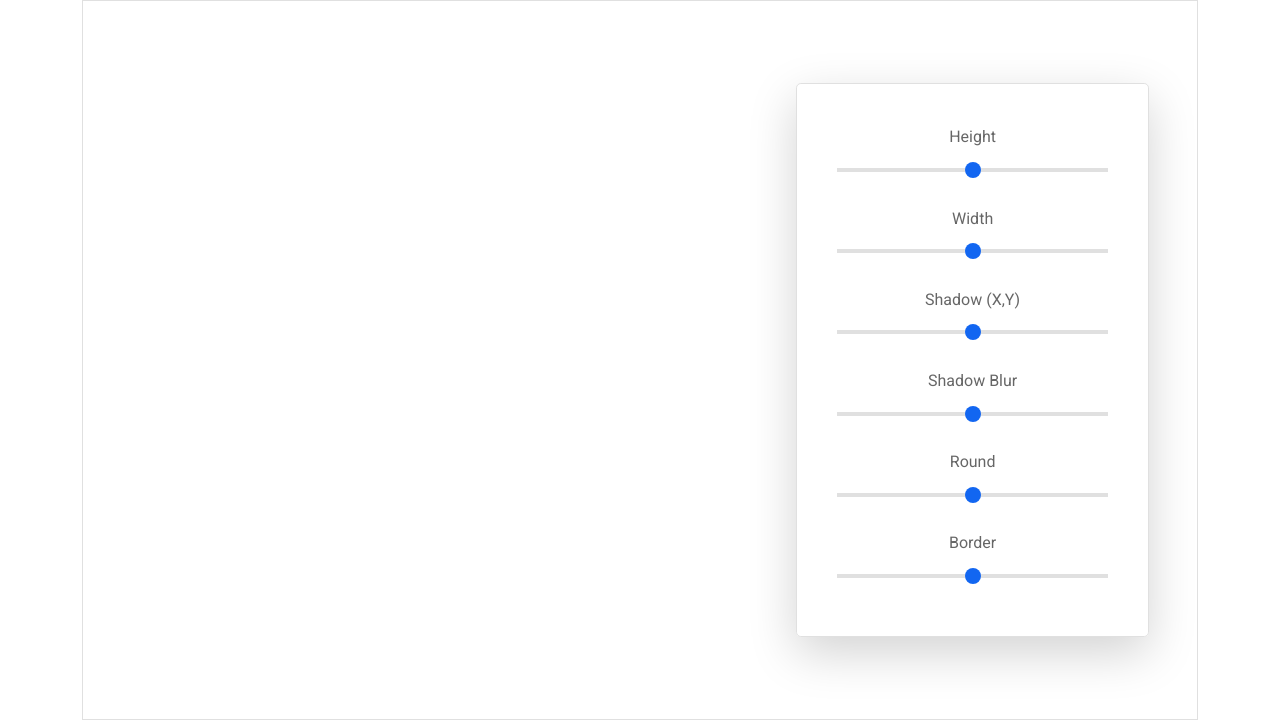
Repository: USaditya98/card-generator
Page: index.html
These files come from the project's save history. The page is drawn as it stood at one moment and after a run of saves; the edit follows.
The browser window is 1280 px wide. The pictures show the whole page.

Above is the page before, as saved 2021-10-20 12:32:26.

After the next 2 saves:
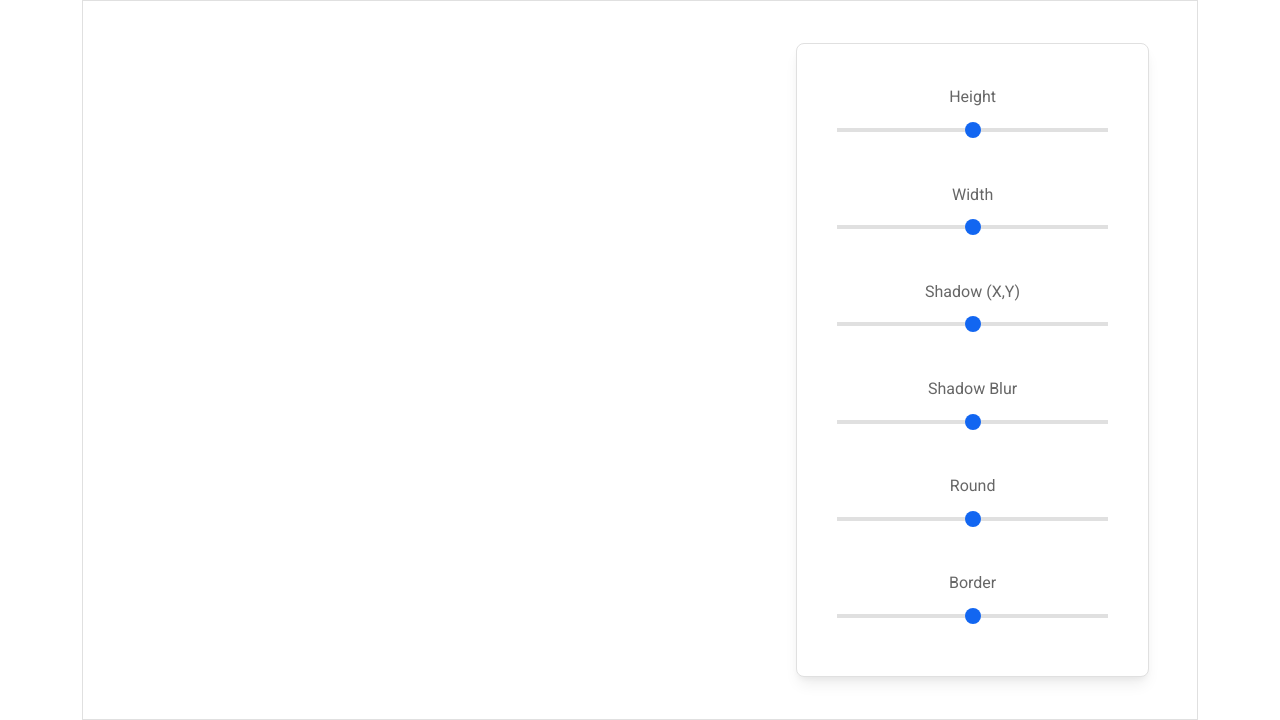
The 2 saves are shown as one change because they came seconds apart.
The last was saved 78 s later.
--- a/index.html
+++ b/index.html
@@ -25,7 +25,7 @@
                 <div class="text-center  " id="create">
                 </div>
             </div>
-            <div class="border w-50 shadow-lg rounded-3 p-4 mx-5">
+            <div class="border w-50   p-4 mx-5 card">
             <div class="m-3">
                 <label class="form-label" for="height">Height</label>
                 <div class="range">
